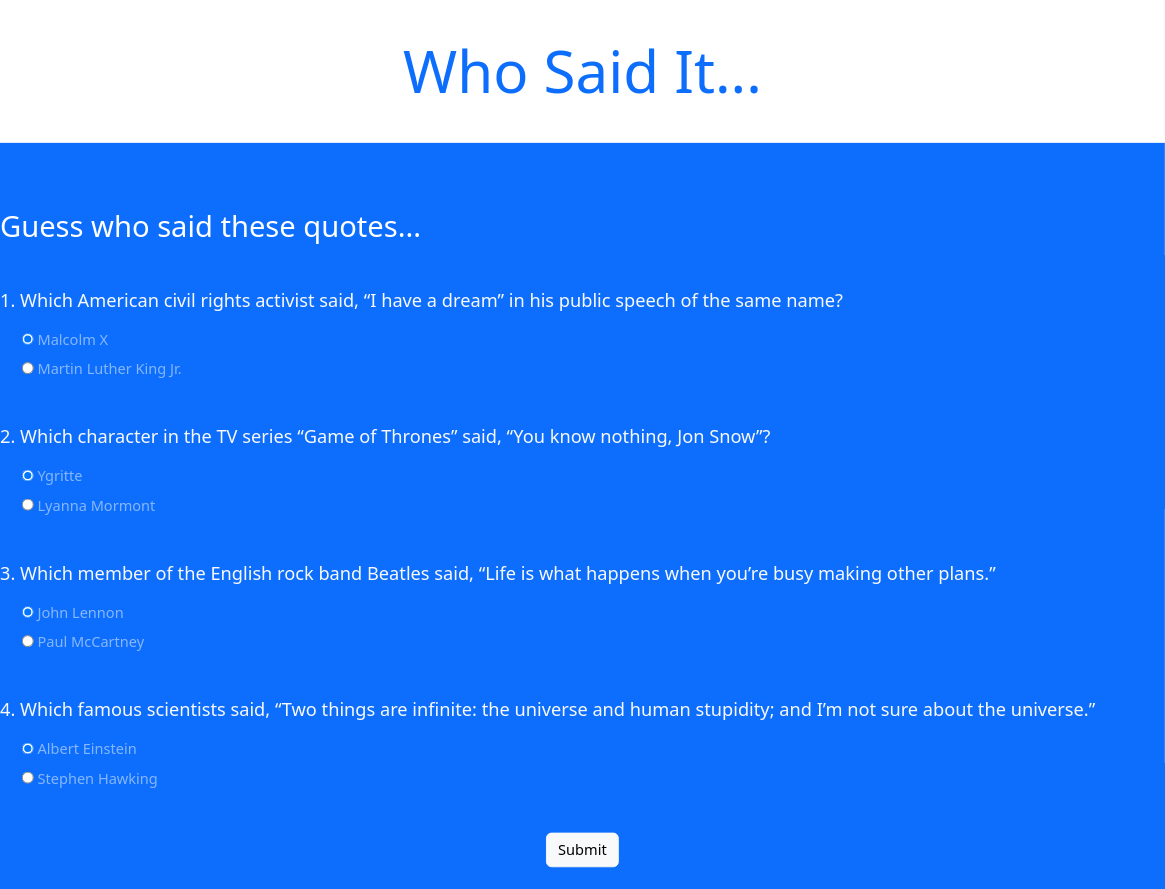
Repository: julihocc/Presentation-02-Forms-with-vanilla-JS
Page: index.html
These files come from the project's save history. The page is drawn as it stood at one moment and after a run of saves; the edit follows.
The browser window is 1280 px wide. The pictures show the whole page, at 91% of full size.
After loading, the first visible `form.quiz-form` was submitted once.

Above is the page before, as saved 2022-09-27 14:42:26.

### index.html
<!-- step 0.1: create HTML5 template -->
<!DOCTYPE html>
<html lang="en">

<head>
    <meta charset="UTF-8">
    <meta http-equiv="X-UA-Compatible" content="IE=edge">
    <meta name="viewport" content="width=device-width, initial-scale=1.0">

    <!-- step 0.4: include bootstrap -->
    <!-- CSS only -->
    <link href="https://cdn.jsdelivr.net/npm/bootstrap@5.2.1/dist/css/bootstrap.min.css" rel="stylesheet"
        integrity="sha384-iYQeCzEYFbKjA/T2uDLTpkwGzCiq6soy8tYaI1GyVh/UjpbCx/TYkiZhlZB6+fzT" crossorigin="anonymous">

    <!-- step 0.2: change title -->
    <title>Who Said It...</title>
</head>

<body>

    <!-- step 1.1 top section -->
    <div class="intro py-3 bg-white text-center">
        <div class="container">
            <h2 class="text-primary display-3 my-4">
                Who Said It...
            </h2>
        </div>
    </div>

    <!-- step 3.1 result section  -->
    <div class="result py-4 d-none bg-light text-center">
        <div class="container lead">
            <p>
                You are <span class="text-primary display-4 p-3">0%</span> quotation master.
            </p>
        </div>
    </div>

    <!-- step 1.4: quiz section -->
    <div class="quiz py-4 bg-primary">
        <div class="containter">
            <h2 class="my-5 text-white">
                Guess who said these quotes...
            </h2>
            <!-- step 1.5: create form -->
            <form class="quiz-form text-light">
                <!-- step 1.6: create containers for each question -->
                <!-- step 1.7.1 question #1-->
                <div class="my-5">
                    <p class="lead font-weight-normal">
                        1. Which American civil rights activist said, “I have a dream” in his public speech of the same
                        name?
                    </p>
                    <!-- step 1.7.2 first option to question 1 -->
                    <div class="form-check my-2 text-white-50">
                        <input type="radio" name="q1" value="A" checked>
                        <label class="form-check-label">
                            Malcolm X
                        </label>
                    </div>
                    <!-- step 1.7.3 second option to quesition 2 -->
                    <div class="form-check my-2 text-white-50">
                        <input type="radio" name="q1" value="B">
                        <label class="form-check-label">
                            Martin Luther King Jr.
                        </label>
                    </div>
                    <!-- step 1.8.1 question #2-->
                    <div class="my-5">
                        <p class="lead font-weight-normal"> 2. Which character in the TV series “Game of Thrones” said,
                            “You know nothing, Jon Snow”?
                        </p>
                        <!-- step 1.8.2 first option to question 2 -->
                        <div class="form-check my-2 text-white-50">
                            <input type="radio" name="q2" value="A" checked>
                            <label class="form-check-label">
                                Ygritte
                            </label>
                        </div>
                        <!-- step 1.8.3 second option to quesition 2 -->
                        <div class="form-check my-2 text-white-50">
                            <input type="radio" name="q2" value="B">
                            <label class="form-check-label">
                                Lyanna Mormont
                            </label>
                        </div>
                    </div>
                    <!-- step 1.9.1 question #3-->
                    <div class="my-5">
                        <p class="lead font-weight-normal"> 3. Which member of the English rock band Beatles said, “Life
                            is what happens when you’re busy making other plans.”
                        </p>
                        <!-- step 1.9.2 first option to question 3 -->
                        <div class="form-check my-2 text-white-50">
                            <input type="radio" name="q3" value="A" checked>
                            <label class="form-check-label">
                                John Lennon
                            </label>
                        </div>
                        <!-- step 1.9.3 second option to quesition 3 -->
                        <div class="form-check my-2 text-white-50">
                            <input type="radio" name="q3" value="B">
                            <label class="form-check-label">
                                Paul McCartney
                            </label>
                        </div>
                    </div>
                    <!-- step 1.10.1 question #4-->
                    <div class="my-5">
                        <p class="lead font-weight-normal"> 4. Which famous scientists said, “Two things are infinite:
                            the universe and human stupidity; and I’m not sure about the universe.”
                        </p>
                        <!-- step 1.10.2 first option to question 4 -->
                        <div class="form-check my-2 text-white-50">
                            <input type="radio" name="q4" value="A" checked>
                            <label class="form-check-label">
                                Albert Einstein
                            </label>
                        </div>
                        <!-- step 1.9.3 second option to quesition 3 -->
                        <div class="form-check my-2 text-white-50">
                            <input type="radio" name="q4" value="B">
                            <label class="form-check-label">
                                Stephen Hawking
                            </label>
                        </div>
                    </div>
                </div>
                <!-- step 1.11 create submit <button></button> -->
                <div class="text-center">
                    <input type="submit" class="btn btn-light">
                </div>
            </form>
        </div>
    </div>

    <!-- step 0.3: link js -->
    <script src="app.js"></script>
</body>

</html>

### app.js
// step 2.1 record correct answers
const correctAnswers = ['B', 'A', 'A', 'A'];
// step 2.2 query quiz-form
const form = document.querySelector('.quiz-form');
// step 3.2 query result section
const result = document.querySelector('.result');

// step 2.2 attach event listener
form.addEventListener('submit', e => {
    e.preventDefault(); // prevent it from submitting a form

    let score = 0;

    const userAnswers = [form.q1.value, form.q2.value, form.q3.value, form.q4.value];

    // step 2.3  check answers
    userAnswers.forEach((answer, index) => {
        if(answer === correctAnswers[index]){
            score += 25;
        }
    })

    // step 2.4 check if score is updating properly
    console.log(score)

    // step 3.3 show result on page
    result.querySelector('span').textContent = `${score}%`;
    result
})

After the next 2 saves:
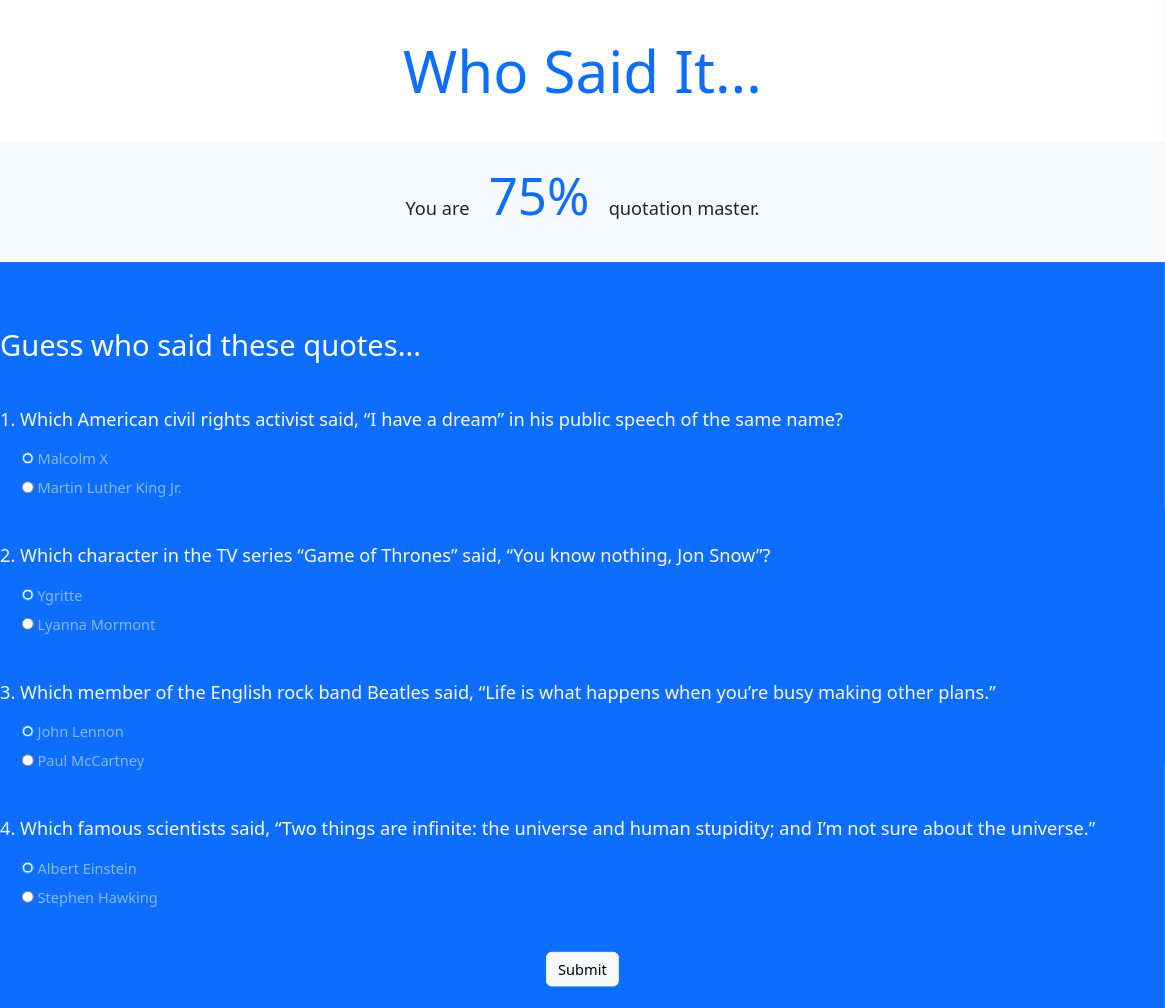
The 2 saves are shown as one change because they came seconds apart.
The last was saved 10 s later.
--- a/app.js
+++ b/app.js
@@ -25,5 +25,5 @@ form.addEventListener('submit', e => {
 
     // step 3.3 show result on page
     result.querySelector('span').textContent = `${score}%`;
-    result
+    result.classList.remove('d-none');
 })
